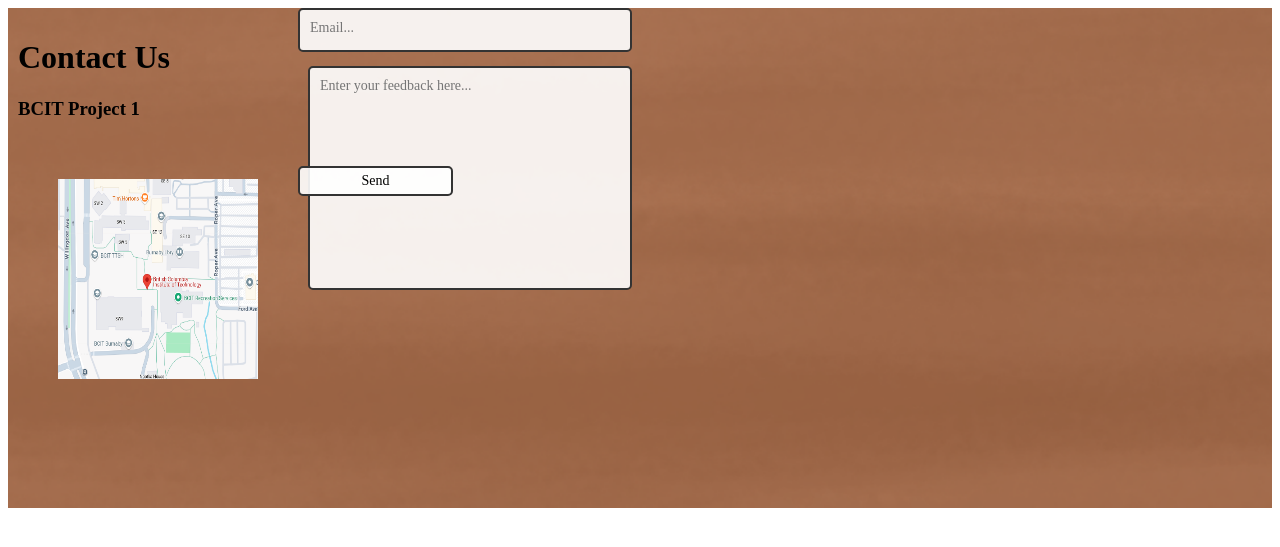
Repository: AlyssaHug/Bandit-Breakout
Page: index.html
The author's editor kept a copy of each file at every save. The page is drawn from the files as they stood at one save, then again after the next save.
The browser window is 1280 px wide. The pictures show the whole page.
Some web fonts or font styles are not loaded; a fallback is used.

Above is the page before, as saved 2025-05-06 23:10:03.

### index.html
<!DOCTYPE html>
<html lang="en">
    <head>
        <meta charset="UTF-8" />
        <meta
            name="viewport"
            content="width=device-width, initial-scale=1.0" />
        <link
            rel="stylesheet"
            href="styles.css" />
        <title>Bandit Breakout</title>
    </head>
    <body>
        <header></header>
        <main>
            <div class="download-now"></div>
            <div class="Contact-us-apps"></div>
        </main>
        <footer>
            <div class="Contact-us">
                <h1>Contact Us</h1>
                <h3>BCIT Project 1</h3>
                <img
                    class="bcit-map"
                    src="img/BCIT.png"
                    alt="BCIT Map" />
            </div>
            <section class="feedback-section">
                <div class="feedback-email">
                    <textarea
                        class="email-text"
                        placeholder="Email..."></textarea>
                </div>
                <div class="feedback">
                    <textarea
                        class="feedback-text"
                        placeholder="Enter your feedback here..."
                        rows="5"
                        cols="40"></textarea>
                </div>
                <button
                    class="feedback-button"
                    type="submit">
                    Send
                </button>
            </section>
        </footer>
    </body>
</html>

### styles.css
@import url("https://fonts.googleapis.com/css2?family=Wellfleet&display=swap");

@font-face {
    font-family: "Western Bang Bang";
    src: url("fonts/WesternBangBang.ttf") format("truetype");
    font-weight: normal;
    font-style: normal;
}

:root {
    /* Font Families */
    --font-western: "Western Bang Bang", sans-serif;
    --font-wellfleet: "Wellfleet", serif;

    /* Font Sizes */
    --font-size-h1: 48px;
    --font-size-h2: 36px;
    --font-size-h3: 32px;
    --font-size-h4: 24px;
    --font-size-body: 14px;
    --font-size-caption: 11px;
}
.bcit-map {
    width: 200px;
    height: 200px;
    padding: 40px;
}
.Contact-us {
    padding: 10px 0 0 10px;
    font-family: var(--font-wellfleet);
}
footer {
    background-image: url("img/board.png");
    background-size: 200% auto;
    background-repeat: no-repeat;
    background-position: center;
    min-height: 500px;
    height: 500px;
    width: 100%;
    margin: 0;
    padding: 0;
    display: flex;
}
.feedback {
    padding: 10px 0 0 10px;
    width: 300px;
    height: 100px;
}

.feedback-text {
    width: 100%;
    height: 200px;
    padding: 10px;
    border: 2px solid #333;
    border-radius: 5px;
    font-family: var(--font-wellfleet);
    font-size: var(--font-size-body);
    resize: none;
    background-color: rgba(255, 255, 255, 0.9);
}
.email-text {
    width: 100%;
    height: 20px;
    padding: 10px;
    border: 2px solid #333;
    border-radius: 5px;
    font-family: var(--font-wellfleet);
    font-size: var(--font-size-body);
    resize: none;
    background-color: rgba(255, 255, 255, 0.9);
}
.feedback-button {
    width: 50%;
    height: 30px;
    border: 2px solid #333;
    border-radius: 5px;
    font-family: var(--font-wellfleet);
    font-size: var(--font-size-body);
    resize: none;
    background-color: rgba(255, 255, 255, 0.9);
}

After the next save:
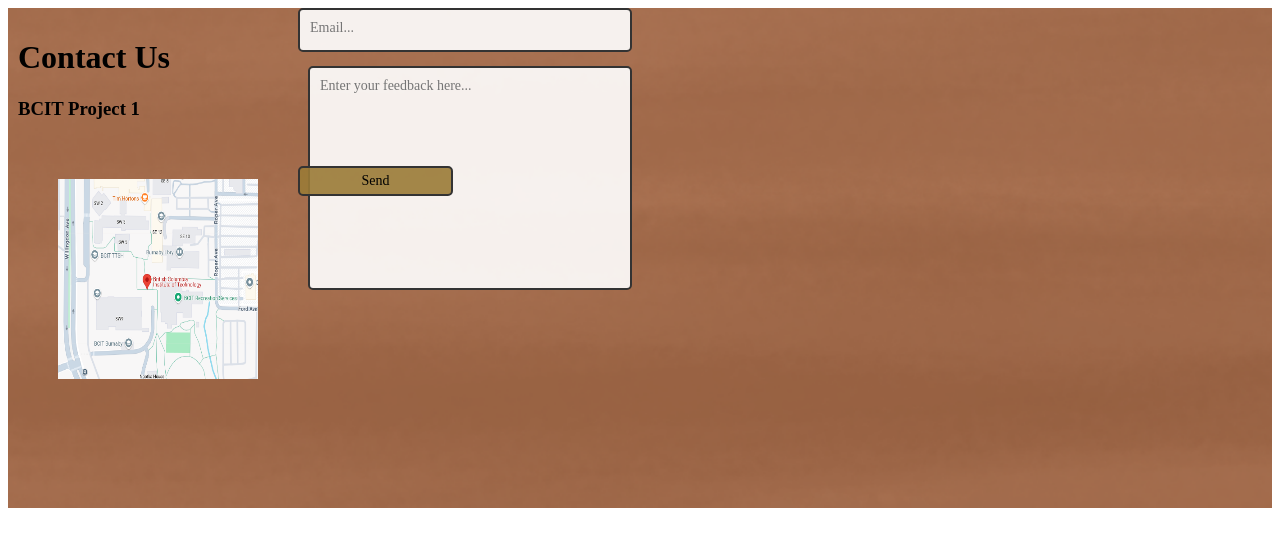
Saved 10 s later.
--- a/styles.css
+++ b/styles.css
@@ -77,5 +77,5 @@ footer {
     font-family: var(--font-wellfleet);
     font-size: var(--font-size-body);
     resize: none;
-    background-color: rgba(255, 255, 255, 0.9);
+    background-color: rgba(155, 123, 55, 0.9);
 }
